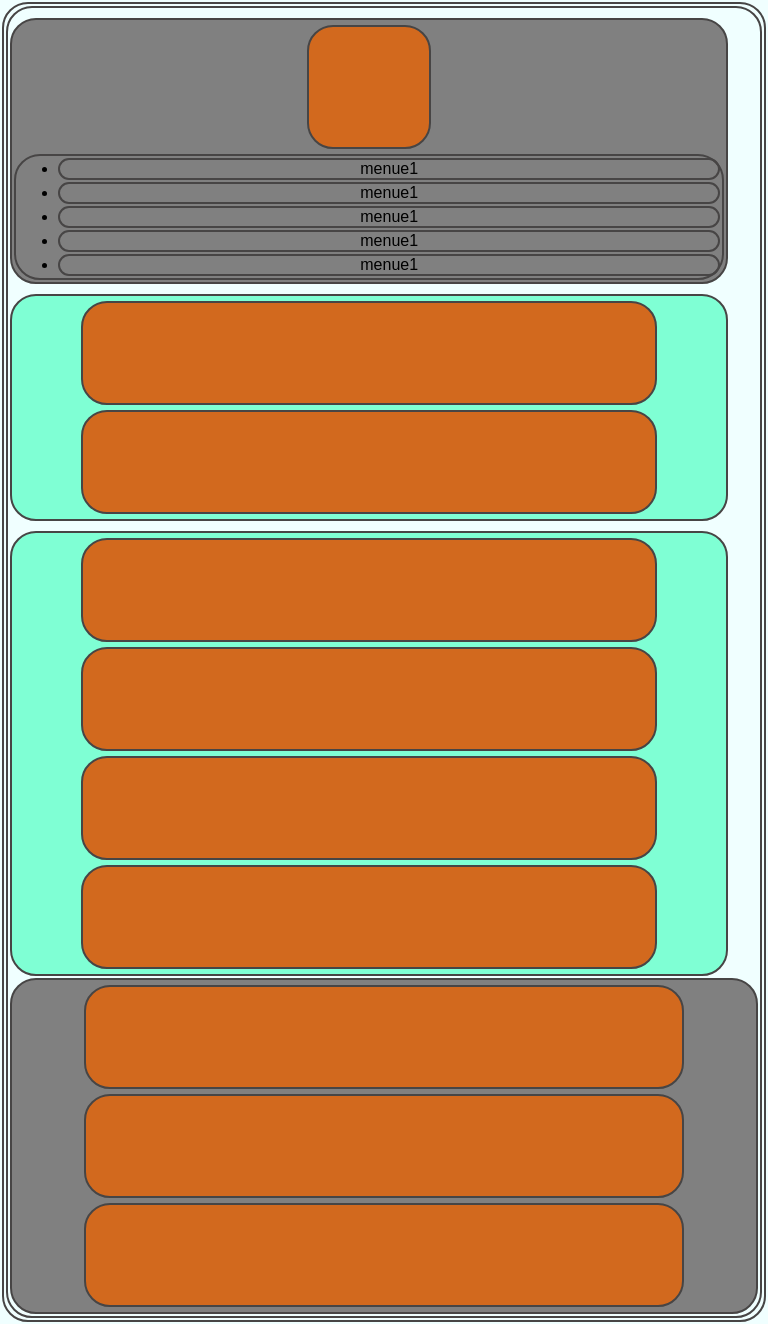
Repository: clairedupuich/cv-claireDUPUICH
Page: cv.html
These files come from the project's save history. The page is drawn as it stood at one moment and after the next save; the edit follows.
The browser window is 768 px wide. The pictures show the whole page.

Above is the page before, as saved 2020-10-08 13:25:42.

### cv.html
<!DOCTYPE html>
<html lang="fr" dir="ltr">
  <head>
    <meta charset="utf-8">
    <title>Exercice</title>
    <link rel="stylesheet" href="cv.css">
  </head>
  <body>
    <section class="header">
        <div class="img">
        </div>

            <ul class="nav">
                <li>menue1</li>
                <li>menue1</li>
                <li>menue1</li>
                <li>menue1</li>
                <li>menue1</li>
            </ul>

    </section>
      <section class="section 1">
          <div class="article1_1">
          </div>
          <div class="article1_2">
          </div>
      </section>
      <section class="section2">
        <div class="article2_1">
        </div>
        <div class="article2_2">
        </div>
        <div class="article2_3">
        </div>
        <div class="article2_4">
        </div>
      </section>
      <footer>
          <div class='footer1'>
          </div>
        <div class="footer2">
        </div>
        <div class="footer3">
        </div>
    </footer>
  </body>
</html>

### cv.css

@media screen and (max-width: 768px)
{
    * {
        font-family: Avenir, sans-serif;
        border: 2px solid rgb(71, 69, 69);
        border-radius: 26px;
         margin: 2px;

    }

    body {
        background-color: azure;


    }
    section {
        margin-top: 10px;
        width: 95%;
        background-color: aquamarine;


    }
    div {
        margin: 5px auto;
        width:80% ;
        height: 100px;
        background-color: chocolate;
    }
    ul {
        text-align: center;
    }
    footer1 {
        height: 50px;
    }
    footer2,
    footer3 {
        height: 50px;
        width: 30%;
        float: left;
    }

    footer,
    .header{
        background-color: gray;
    }
    .img {
        width:120px;
        height: 120px;
        text-align: left;
    }

}

After the next save:
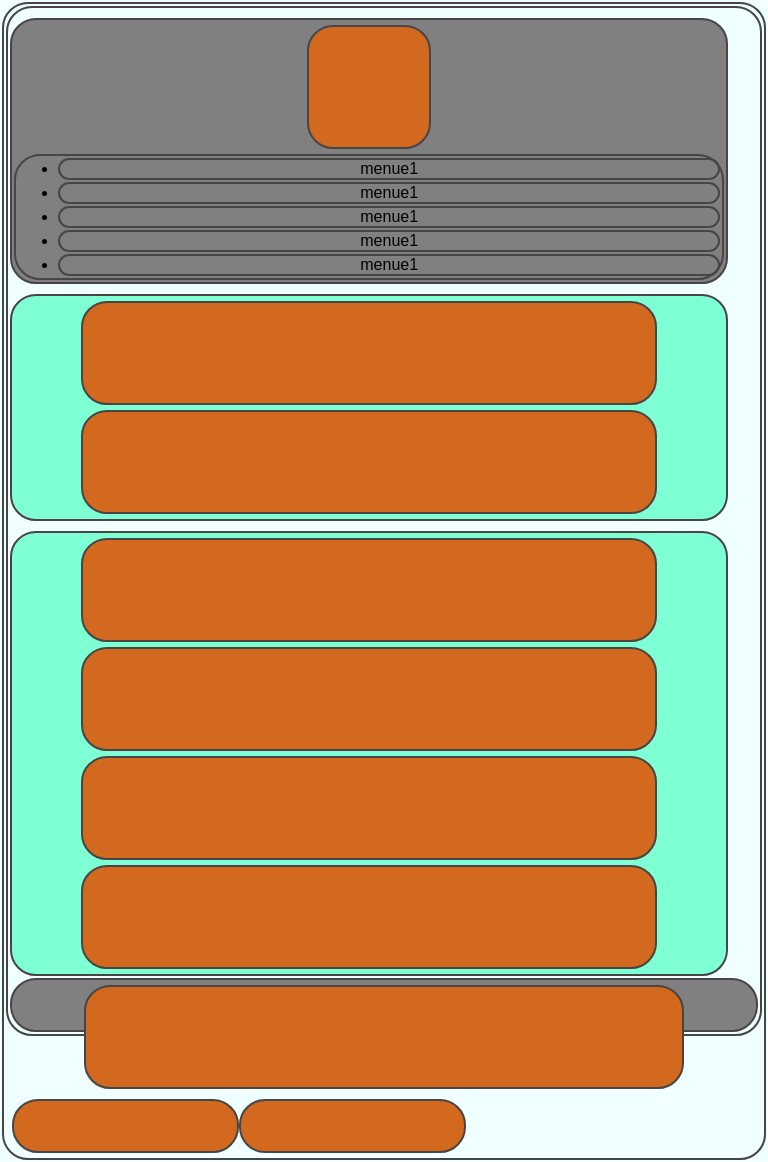
Saved 36 s later.
--- a/cv.css
+++ b/cv.css
@@ -30,11 +30,11 @@
     ul {
         text-align: center;
     }
-    footer1 {
+    footer {
         height: 50px;
     }
-    footer2,
-    footer3 {
+    .footer2,
+    .footer3 {
         height: 50px;
         width: 30%;
         float: left;
